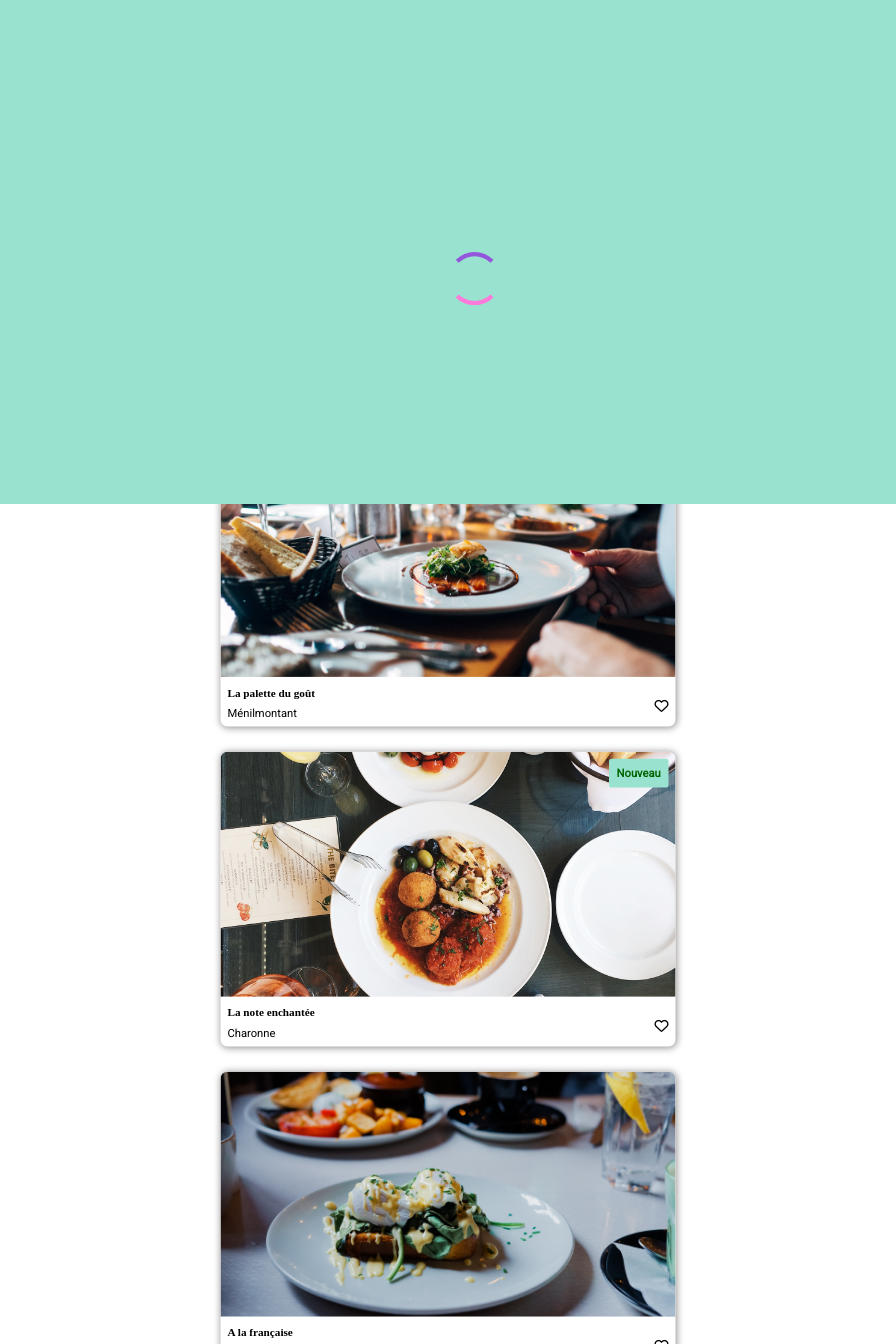
Repository: Micka-17/boimickael_3_16042021
Page: index.html
These files come from the project's save history. The page is drawn as it stood at one moment and after a run of saves; the edit follows.
The browser window is 1280 px wide. The pictures show the part of the page from y = 0 to 1920 px (the page is 2618 px tall before and 2694 px after), at 70% of full size.
Some web fonts or font styles are not loaded; a fallback is used. Some web libraries are served in a nearby version. The style sheet was rebuilt from its Sass, Less or Tailwind sources for each picture, by a compiler version that may differ from the author's.

Above is the page before, as saved 2021-05-26 10:51:25.

After the next 2 saves:
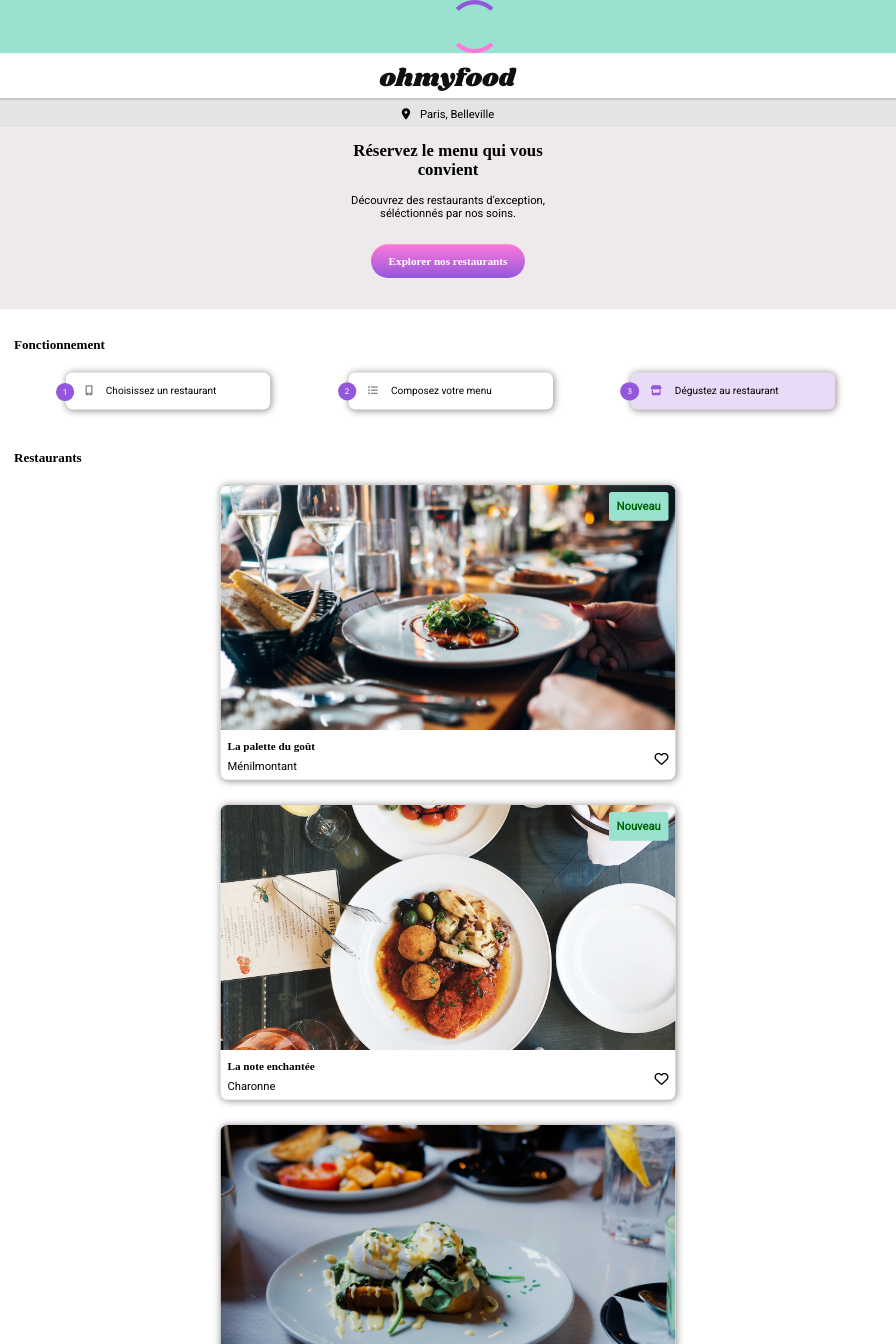
The 2 saves are shown as one change because they came seconds apart.
The last was saved 17 s later.
--- a/sass/style.scss
+++ b/sass/style.scss
@@ -17,7 +17,7 @@ ul {
 }
 
 #backgroundloader {
-    position: absolute;
+    position: relative;
     top: 0;
     left: 0;
     background-color: $color3;
